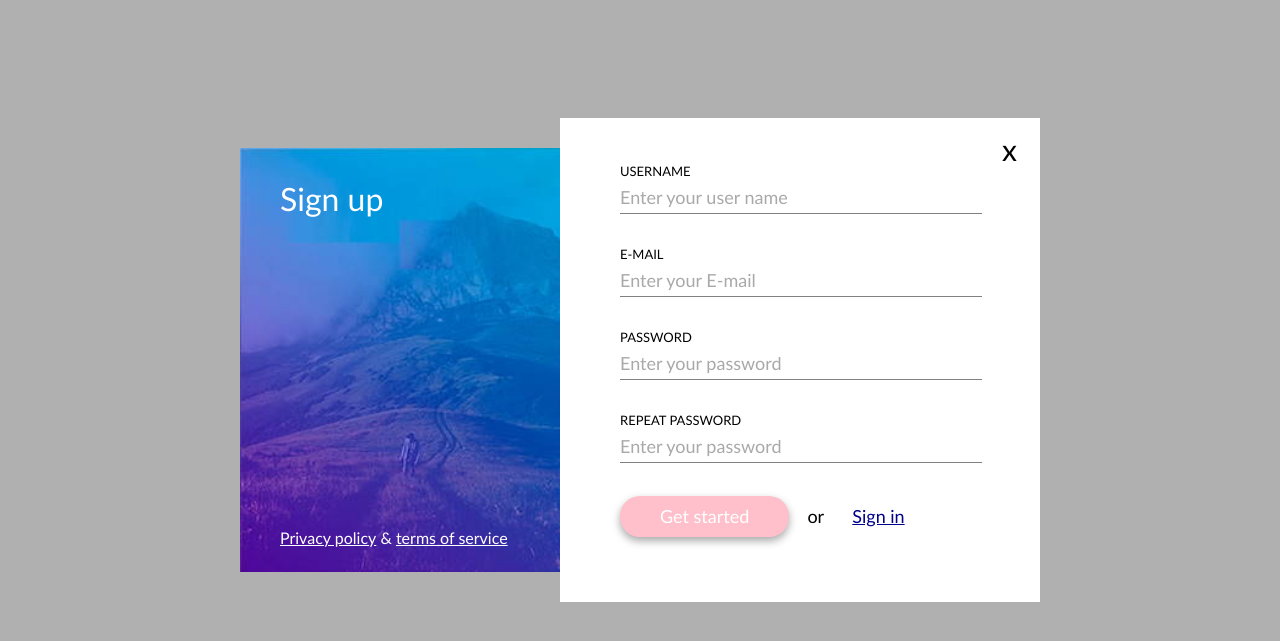
Repository: RugileG/registracijos-forma
Page: index.html
An editor plug-in stored every save of this project. The page is shown before and after the next save, followed by the edit.
The browser window is 1280 px wide. The pictures show the whole page.

Above is the page before, as saved 2021-05-19 12:13:45.

After the next save:
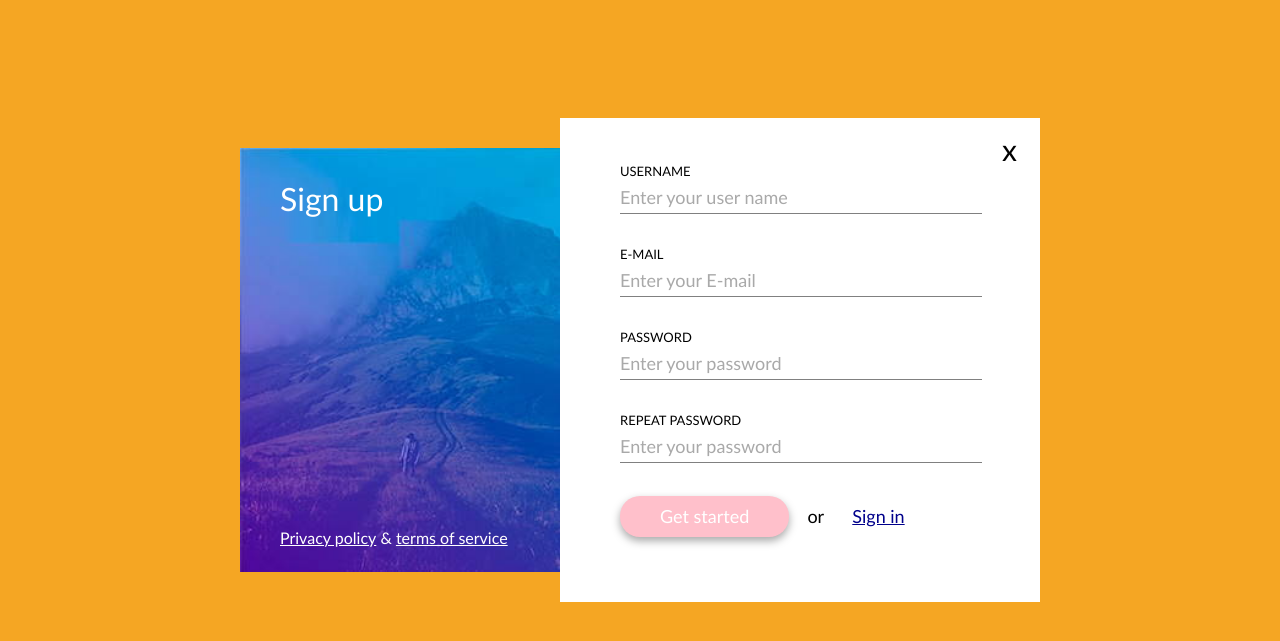
Saved 31 s later.
--- a/index.html
+++ b/index.html
@@ -16,7 +16,7 @@
             min-height: 100%;
             margin: 0 auto;
             position: relative;
-            background-color: #0000004f;
+            background-color: #F5A623;
             font: normal normal normal 16px/19px Gill Sans MT;
         }
 
